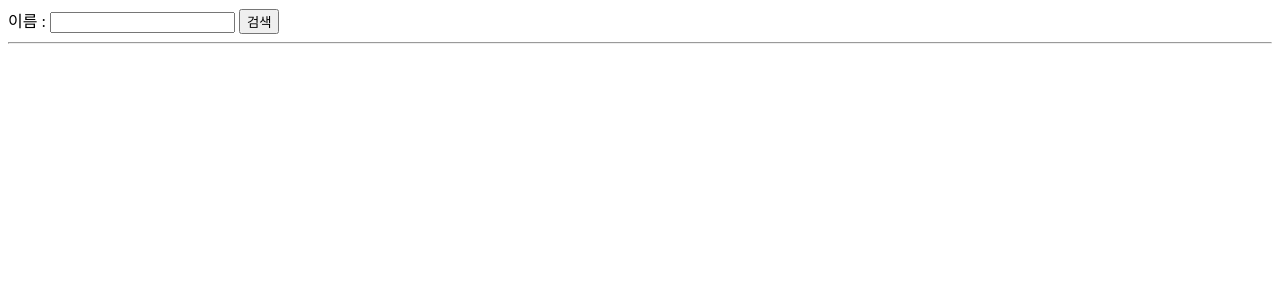
Repository: phantom5820/Spring
Page: http://localhost/DIWebProject/main.do
An editor plug-in stored every save of this project. The page is shown before and after the next save, followed by the edit.
The browser window is 1280 px wide. The pictures show the whole page.
The page is served by Tomcat 9.

Above is the page before, as saved 2021-01-26 07:56:25.

After the next save:
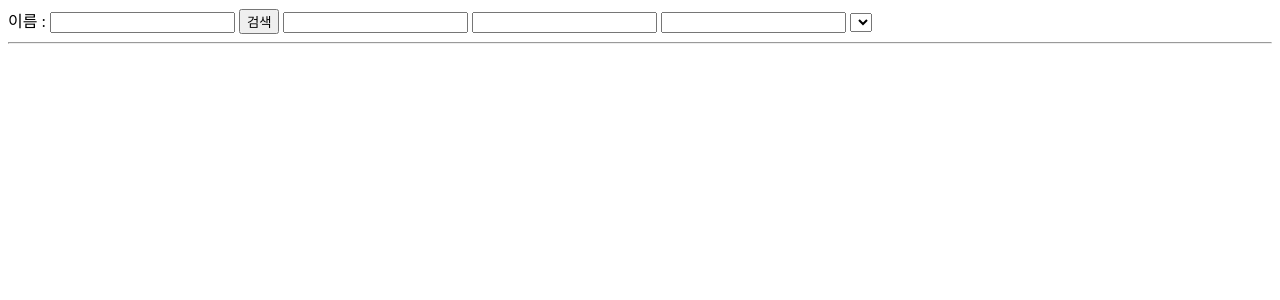
Saved 7 min 0 s later.
--- a/DIWebProject/WebContent/main.jsp
+++ b/DIWebProject/WebContent/main.jsp
@@ -14,17 +14,33 @@
   		$("button").click(function(){
   			var param = $("#frm").serialize();
   		$.ajax({
-  			url : "Search.do",
+  			url : "register.do",
   			data: param,
   			method: "get",
+  			dataType:"json",
   			//정상처리 부분
   			success:function(result){
-  				$("div").html(result);
+  				console.log(result)
+  				var arr = JSON.parse(result);
+  				var text = "";
+  				for (i=0;i<arr.length;i++) {
+  					text += arr[i].eno + " " + arr[i].name + " " + arr[i].department + " " + arr[i].position + "<br>";
+
+				}
+
+  				$("div").html(text);
   			},
   			//exception 처리
   			error:function(xhr,text,error){
   				//				에러코드			 내용
-  				$("div").html(xhr.status + " " + xhr.responseText + " " + text);
+			switch(xhr.status){
+			case 100:
+				alert("SQL문 에러");
+				break;
+			case 101:
+				alert("보낸 데이터가 잘못되었습니다.");
+				break;
+			}
   			}
   		})
   		})
@@ -35,6 +51,12 @@
 
 	<form id="frm">
 		이름 : <input type="text" name="name"> <button type="button">검색</button>
+		<input type="text" name = "eno">
+		<input type="text" name = "name">
+		<input type="text" name = "department">
+		<select>
+			<option>
+		</select>
 	</form>
 	<hr>
 	<div>
